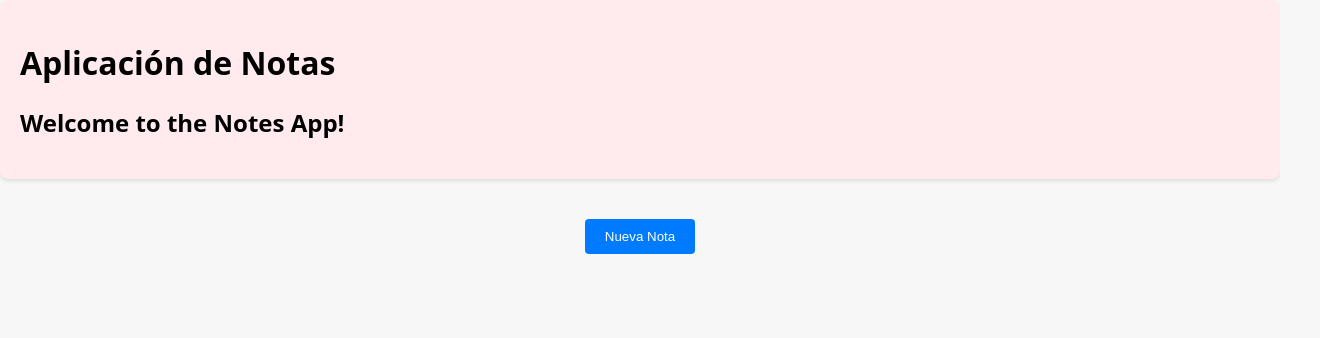
Repository: xunxuno/aplicacion_web_notas
Page: / (app in notas_web_app/)
An editor plug-in stored every save of this project. The page is shown before and after the next save, followed by the edit.
The browser window is 1280 px wide. The page is 1280 px wide, then 1320 px, so the pictures cover 1320 px, including what lies to the right of the window. The pictures show the whole page.
The project was rebuilt for these pictures with package versions that can differ from the ones it lists, and the page was loaded fresh each time. Also part of the build but not shown: notas_web_app/vite.config.ts, notas_web_app/src/components/Note.tsx, notas_web_app/src/components/NoteCollection.tsx, notas_web_app/src/components/NoteModal.tsx.

Above is the page before, as saved 2024-10-03 11:26:35.

After the next save:
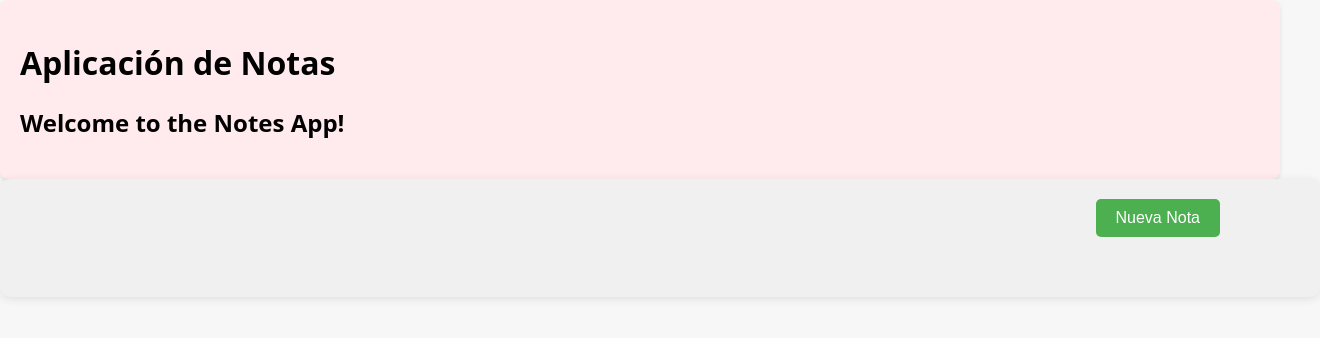
Saved 9 s later.
--- a/notas_web_app/src/styles.css
+++ b/notas_web_app/src/styles.css
@@ -6,72 +6,51 @@ body {
     color: #000;
   }
 
-/* styles.css */
 
+/* Estilo para el contenedor principal de la aplicación */
 .app-container {
-  display: flex;
-  flex-direction: column;
-  align-items: center;
-  padding: 20px;
+  width: 100%; /* Ancho máximo */
+  margin: 0 auto; /* Centrar el contenedor */
+  padding: 20px; /* Espaciado interno */
+  background-color: #f0f0f0; /* Color de fondo claro */
+  border-radius: 10px; /* Bordes redondeados */
+  box-shadow: 0 2px 10px rgba(0, 0, 0, 0.1); /* Sombra sutil */
 }
 
+/* Estilo para el botón de agregar nota */
+.add-note-button {
+  background-color: #4CAF50; /* Color de fondo verde */
+  color: white; /* Color del texto */
+  padding: 10px 20px; /* Espaciado interno */
+  border: none; /* Sin borde */
+  border-radius: 5px; /* Bordes redondeados */
+  cursor: pointer; /* Cambia el cursor al pasar sobre el botón */
+  margin-bottom: 20px; /* Espacio debajo del botón */
+  font-size: 16px; /* Tamaño de fuente */
+  transition: background-color 0.3s; /* Transición para el color de fondo */
+  /* Ajustes para centrar el botón */
+  margin-left: auto; /* Empuja el botón a la derecha */
+  margin-right: 60px; /* Margen a la derecha para no pegarse al borde */
+}
+
+
+/* Efecto hover para el botón de agregar nota */
+.add-note-button:hover {
+  background-color: #45a049; /* Color de fondo más oscuro al pasar el mouse */
+}
+
+/* Estilo para el contenedor de colecciones */
 .collections-container {
-  display: flex;
-  flex-wrap: wrap;
-  justify-content: center;
+  width: 100%;
+  display: flex; /* Usar flexbox para una mejor organización */
+  flex-direction: column; /* Organizar en columnas */
   margin-top: 20px;
 }
 
-.note-container {
-  background-color: #fff;
-  border: 1px solid #ccc;
-  border-radius: 4px;
-  padding: 10px;
-  margin: 10px;
-  width: 200px; /* Ancho de la nota */
-  height: 250px; /* Alto de la nota */
-  box-shadow: 2px 2px 5px rgba(0, 0, 0, 0.1);
-  position: relative; /* Para el posicionamiento del botón de eliminar */
+.button-container {
+  display: flex; /* Usar flexbox para alinear los elementos */
+  justify-content: flex-end; /* Alinear los elementos al final (derecha) */
+  margin-bottom: 20px; /* Margen inferior para separar del siguiente elemento */
+  padding: 0 20px; /* Espaciado interno a la izquierda y derecha */
+  /* Esto asegura que el botón no se salga del borde */
 }
-
-.note-title {
-  font-weight: bold;
-  font-size: 18px;
-}
-
-.note-content {
-  font-size: 14px;
-  margin-top: 10px;
-}
-
-.button-container {
-  margin-top: 20px;
-}
-
-.add-note-button {
-  padding: 10px 20px;
-  background-color: #007bff;
-  color: white;
-  border: none;
-  border-radius: 4px;
-  cursor: pointer;
-}
-
-.add-note-button:hover {
-  background-color: #0056b3;
-}
-
-.delete-button {
-  position: absolute;
-  top: 5px;
-  right: 5px;
-  background-color: red;
-  color: white;
-  border: none;
-  border-radius: 4px;
-  cursor: pointer;
-}
-
-.delete-button:hover {
-  background-color: darkred;
-}
